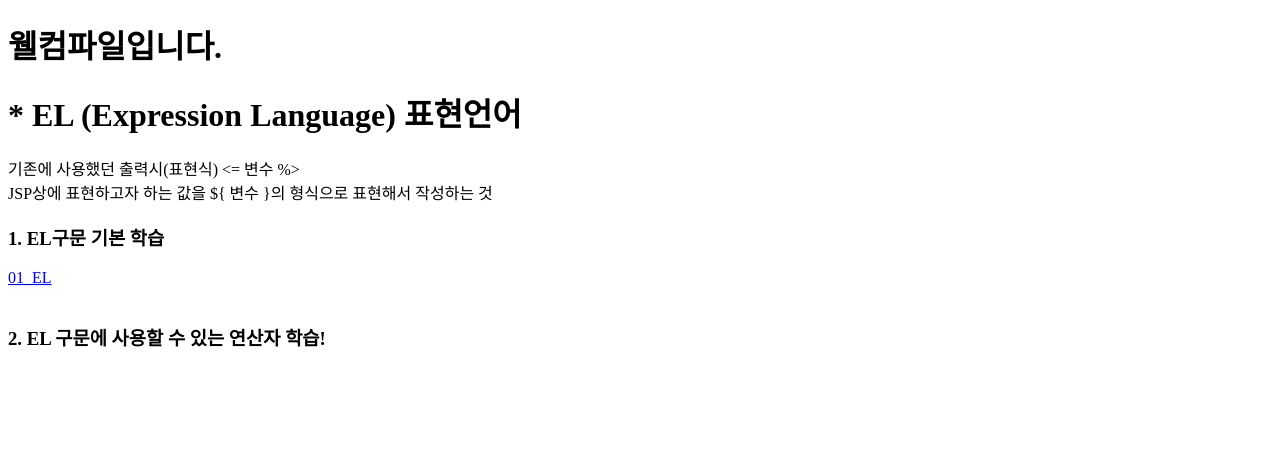
Repository: judeyong/myWebWorkSpace2
Page: http://localhost/Action_Project/
The author's editor kept a copy of each file at every save. The page is drawn from the files as they stood at one save, then again after the next save.
The browser window is 1280 px wide. The pictures show the whole page.
The page is served by Tomcat 9. Other server files are loaded and not shown.

Above is the page before, as saved 2024-04-03 01:50:32.

### Action_Project/WebContent/index.jsp
<%@ page language="java" contentType="text/html; charset=UTF-8"
    pageEncoding="UTF-8"%>
<!DOCTYPE html>
<html>
<head>
<meta charset="UTF-8">
<title>Insert title here</title>
</head>
<body>
	<h1>웰컴파일입니다.</h1>

	<h1>* EL (Expression Language) 표현언어</h1>

	<p>
		기존에 사용했던 출력시(표현식) &lt;= 변수 %&gt; <br>
		JSP상에 표현하고자 하는 값을 \${ 변수 }의 형식으로 표현해서 작성하는 것
	</p>

	<h3>1. EL구문 기본 학습</h3>
	<a href="/action/el.do">01_EL</a>
	<br><br>

	<h3>2. EL 구문에 사용할 수 있는 연산자 학습!</h3>






























</body>
</html>

After the next save:
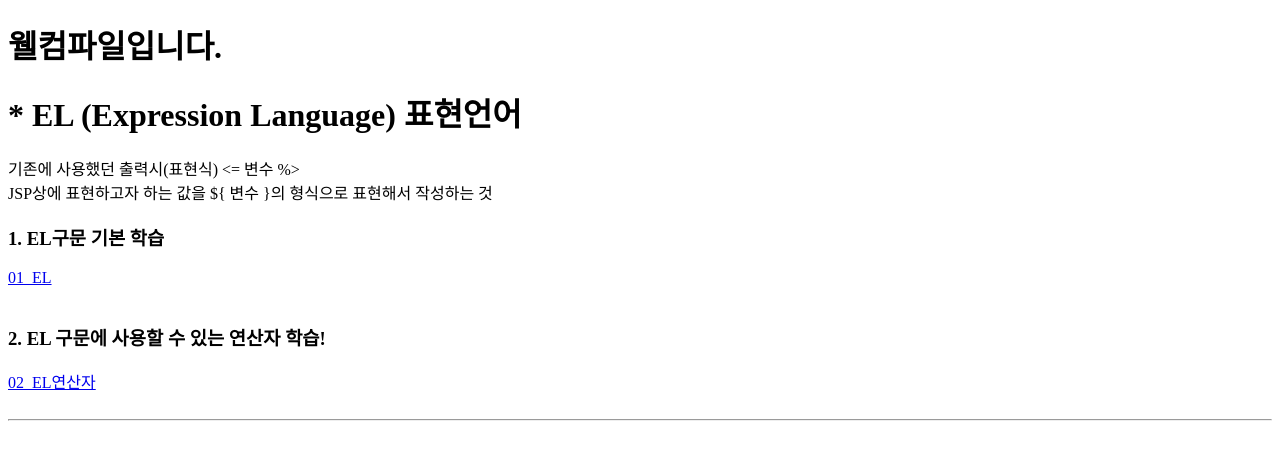
Saved 11 min 30 s later.
--- a/Action_Project/WebContent/index.jsp
+++ b/Action_Project/WebContent/index.jsp
@@ -22,8 +22,10 @@
 
 	<h3>2. EL 구문에 사용할 수 있는 연산자 학습!</h3>
 
+	<a href="/action/operation.do">02_EL연산자</a>
+	<br><br>
 
-
+	<hr>
 
 
 
